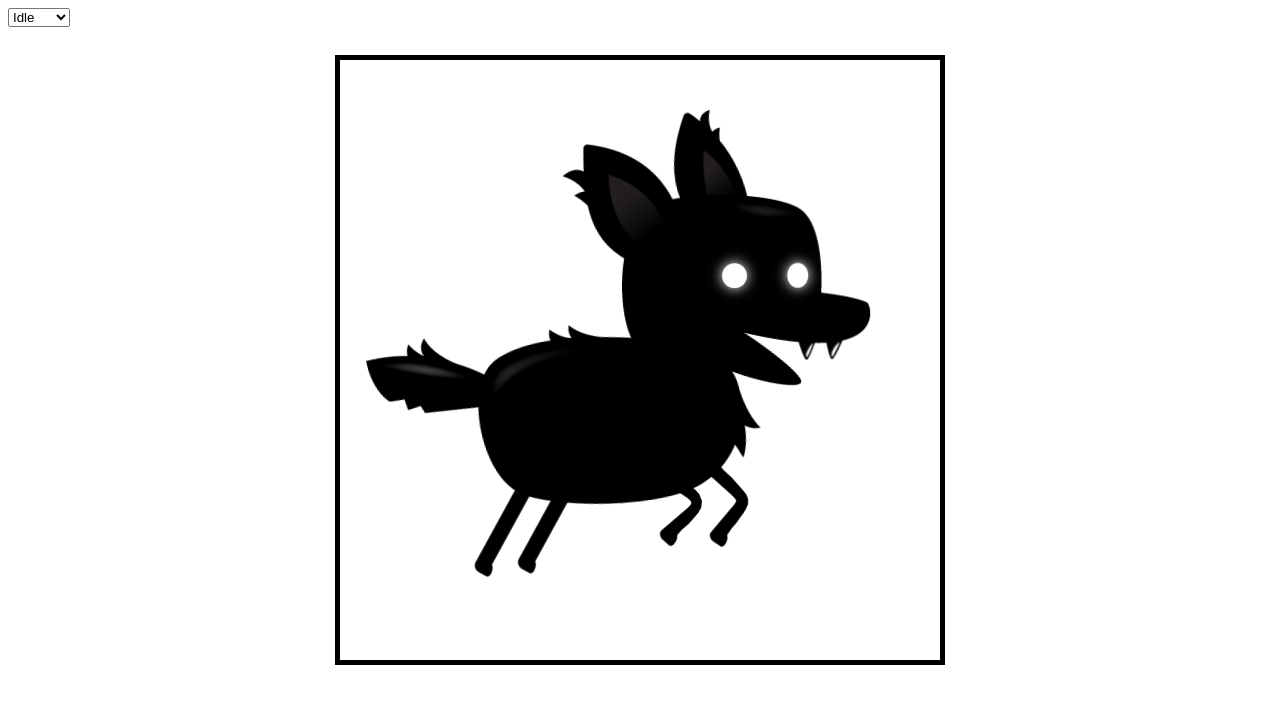
Repository: vasucp1207/sprite-animation
Page: index.html
An editor plug-in stored every save of this project. The page is shown before and after a run of saves, followed by the edit.
The browser window is 1280 px wide. The pictures show the whole page.

Above is the page before, as saved 2022-08-24 23:13:01.

After the next 4 saves:
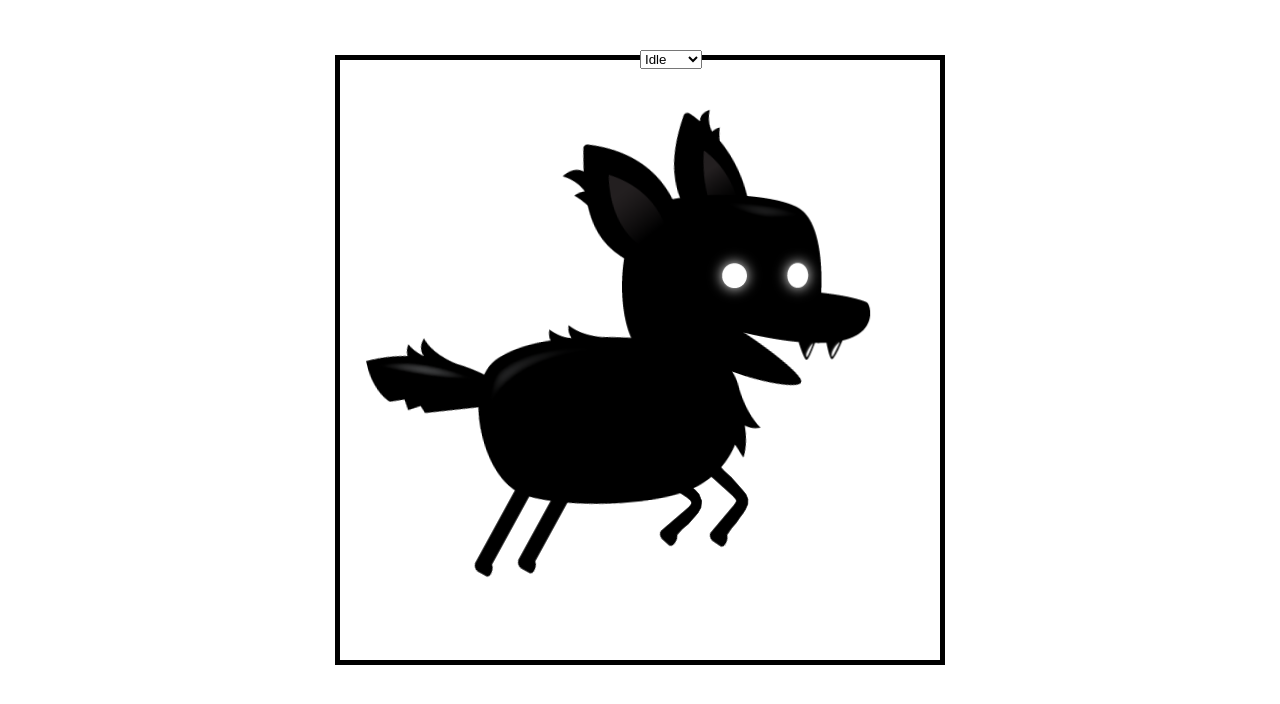
The 4 saves are shown as one change because they came seconds apart.
The last was saved 16 s later.
--- a/style.css
+++ b/style.css
@@ -9,5 +9,7 @@
 .controls{
     position: absolute;
     z-index: 10;
-    top: 5
+    top: 50px;
+    left: 50%;
+
 }
